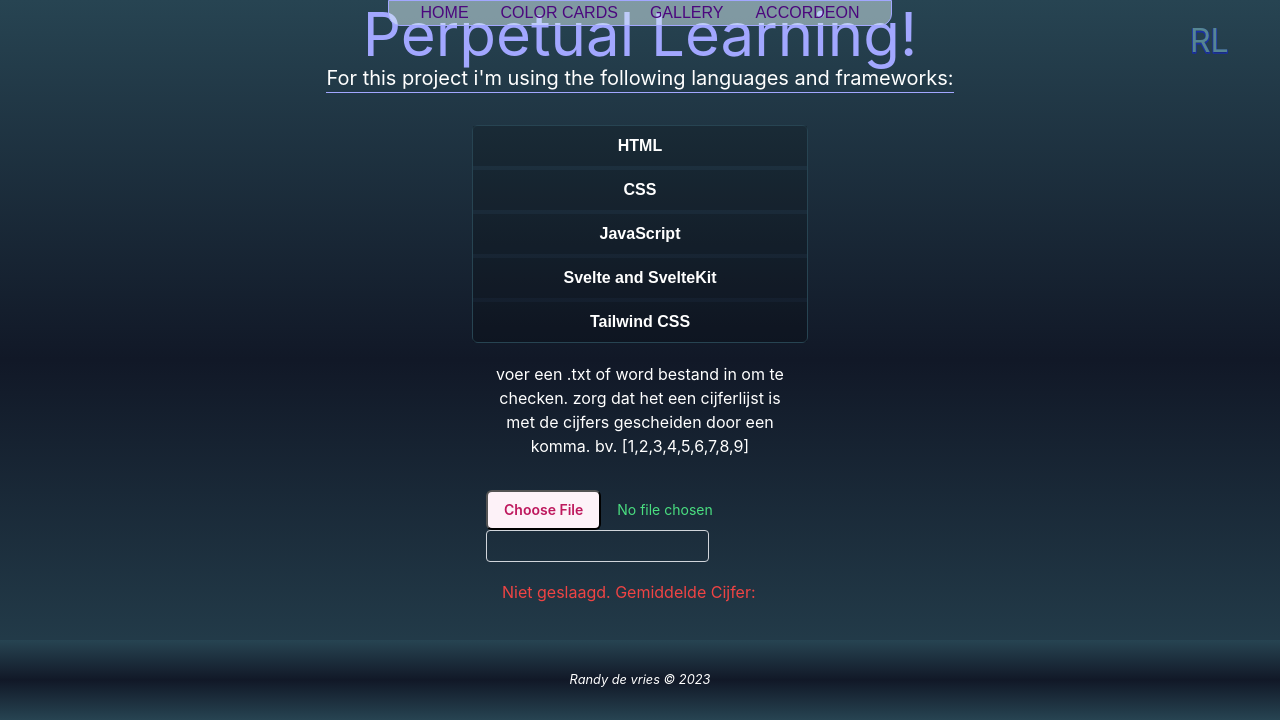
Repository: Freezler/svelte-app
Page: /links
These files come from the project's save history. The page is drawn as it stood at one moment and after a run of saves; the edit follows.
The browser window is 1280 px wide. The pictures show the whole page.
The project was rebuilt for these pictures with package versions that can differ from the ones it lists, and the page was loaded fresh each time. The framework's server and built-in components were replaced by stand-ins that run in the browser. Also part of the build but not shown: svelte.config.js, vite.config.js.

Above is the page before, as saved 2023-11-12 12:31:25.

After the next 2 saves:
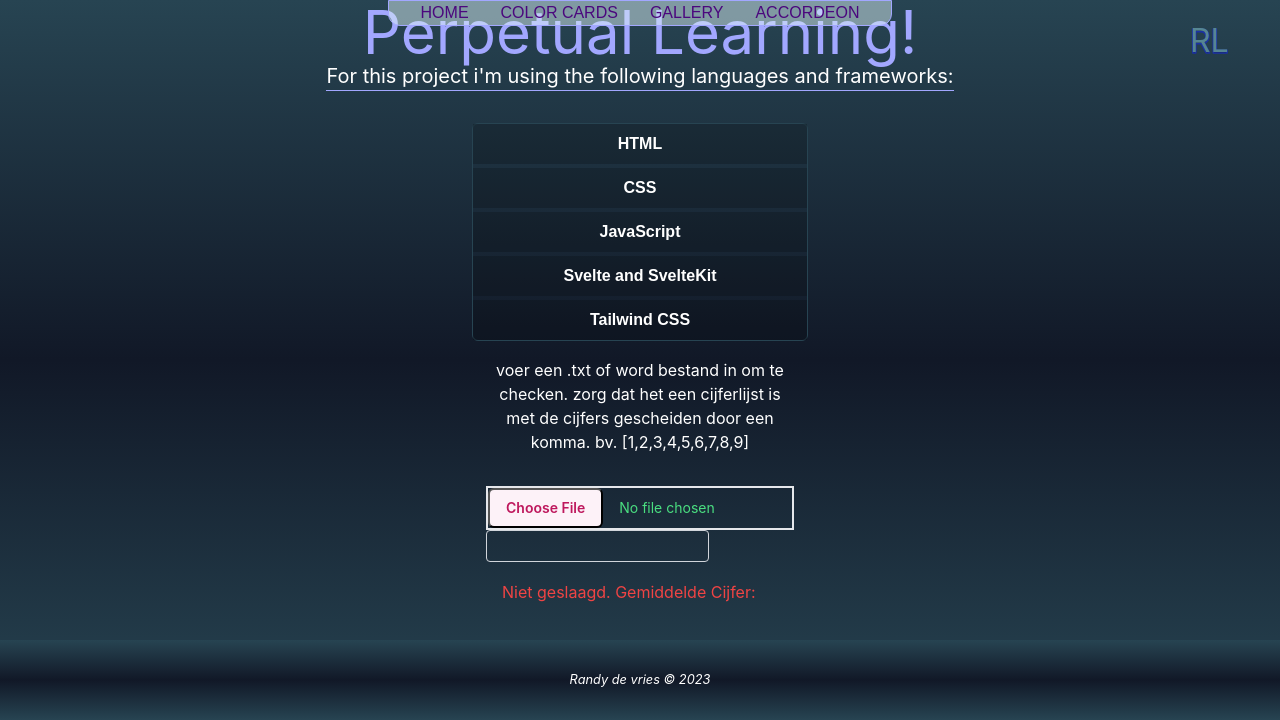
The 2 saves are shown as one change because they came seconds apart.
The last was saved 7 s later.
--- a/src/components/CijferlijstInput.svelte
+++ b/src/components/CijferlijstInput.svelte
@@ -47,7 +47,7 @@
 	  type="file"
 	  accept=".txt, .doc, .docx"
 	  on:change={handleFileInput}
-	  class="b valid:text-green-400 invalid:text-red-500 block w-full text-sm text-slate-500 file:mr-4 file:py-2 file:px-4 file:rounded-md file:border-1 file:text-sm file:font-semibold file:bg-pink-50 file:text-pink-700 hover:file:bg-pink-100"
+	  class="border-2  valid:text-green-400 invalid:text-red-500 block w-full text-sm text-slate-500 file:mr-4 file:py-2 file:px-4 file:rounded-md file:border-1 file:text-sm file:font-semibold file:bg-pink-50 file:text-pink-700 hover:file:bg-pink-100"
 	/>
 	<textarea bind:value={fileContent} class="text-white h-[2rem] focus:outline-none resize-none w-[content] min-w-[content] bg-transparent border-[1px] select-none border-gray-300 rounded p-2"></textarea>
 
